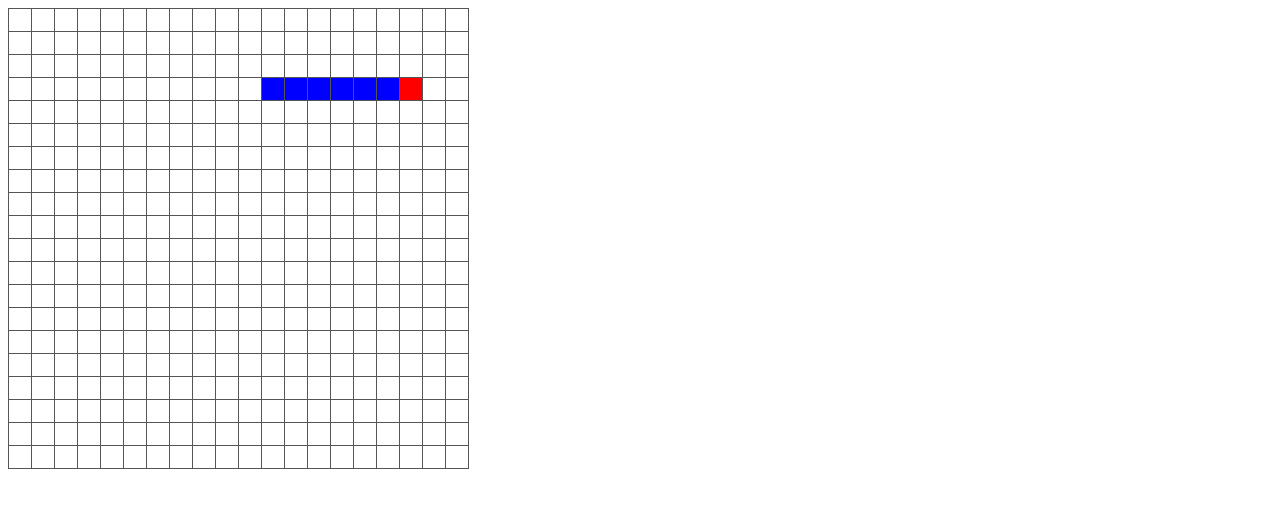
Repository: ycsheng/Games
Page: 01_snake/index.html
An editor plug-in stored every save of this project. The page is shown before and after the next save, followed by the edit.
The browser window is 1280 px wide. The pictures show the whole page.

Above is the page before, as saved 2021-09-18 16:17:57.

### 01_snake/index.html
<!DOCTYPE html>
<html lang="zh">
<head>
  <meta charset="UTF-8">
  <meta http-equiv="X-UA-Compatible" content="IE=edge">
  <meta name="viewport" content="width=device-width, initial-scale=1.0">
  <title>Document</title>
  <style>
    table {
      border-collapse: collapse;
      border: 1px solid #333
    }
    td {
      width: 20px;
      height: 20px;
      border: 1px solid #555;
    }
  </style>
</head>
<body>
  <div id="app"></div>
  <script src="./js/Game.js"></script>
  <script src="./js/Snake.js"></script>
  <script src="./js/Food.js"></script>
  <script>
    var game = new Game();
  </script>
</body>
</html>

### 01_snake/js/Game.js
/*
  1. 在构造函数中创建一个空对象
  2. 将执行上下文指向这个空对象
  3. 执行里面的所有函数
  4. 执行完成后，返回对象
*/
function Game() {
  // 创建表格
  this.row = 20;  // 行数
  this.col = 20;  //列数
  // 初始化节点
  this.init();
  // 实例化蛇类
  this.snake = new Snake();
  // 执行定时器任务
  this.start();
  // 键盘的事件监听
  this.bindEvent();
  // 食物位置
  this.food = new Food(this);

  // this.snake.render();
}
// 舞台设计
Game.prototype.init = function() {
  this.dom = document.createElement("table");
  var tr, td;
  // 遍历行和列上树
  for(var i = 0; i < this.row; i++) {
    // 遍历行，创建节点上树
    tr = document.createElement("tr");
    for(var j = 0; j < this.col; j++) {
      // 遍历列，创建节点上树
      td = document.createElement("td");
      tr.appendChild(td)
    }
    // 追加节点上树
    this.dom.appendChild(tr);
  }
  // 表格上树
  document.getElementById("app").appendChild(this.dom)
}

// 清屏方法
Game.prototype.clear = function() {
  // 遍历表格，擦除画布
  for(var i = 0; i < this.row; i++) {
    for(var j = 0; j < this.col; j++) {
      this.dom.getElementsByTagName("tr")[i].getElementsByTagName("td")[j].style.background = "white"
    }
  }
}

// 设置颜色的方法
Game.prototype.setColor = function(row, col, color) {
  // 让表格的第几行，第几列设置颜色的方法
  this.dom.getElementsByTagName("tr")[row].getElementsByTagName("td")[col].style.background = color;
}

// 设置键盘的事件监听
Game.prototype.bindEvent = function() {
  var self = this;
  // 键盘事件
  document.onkeydown = function(event) {
    console.log(event.keyCode);
    // 39 40 37 38
    switch(event.keyCode) {
      case 39:
        if(self.snake.direction == "L") return;
        // self.snake.direction = "R";
        self.snake.changeDirection("R");
        break;
      case 40:
        if(self.snake.direction == "T") return;
        // self.snake.direction = "D";
        self.snake.changeDirection("D");
        break;
      case 37:
        if(self.snake.direction == "R") return;
        // self.snake.direction = "L";
        self.snake.changeDirection("L");
        break;
      case 38:
        if(self.snake.direction == "D") return;
        // self.snake.direction = "T";
        self.snake.changeDirection("T");
        break;
    }
  }
}

// 定时器
Game.prototype.start = function() {
  this.timer = setInterval(function() {
    // 定时器里面的核心就是游戏的渲染本质，清屏-更新-渲染
    // 清除屏幕，解决蛇会边长但不运动
    game.clear();
    // 渲染蛇
    game.snake.render();
    // 蛇的运动
    game.snake.update();
  }, 500)
}

### 01_snake/js/Snake.js
function Snake() {
  // 蛇的初始化身体
  this.body  = [
    {"row": 3, "col": 8},
    {"row": 3, "col": 7},
    {"row": 3, "col": 6},
    {"row": 3, "col": 5},
    {"row": 3, "col": 4},
    {"row": 3, "col": 3},
    {"row": 3, "col": 2},
  ];
  // 信号量，设置的运动方向
  this.direction = "R";
  // 即将改变的方向，目的是为例防止出现原地掉头的情况
  this.willDirection = "R"
}

// 蛇的运动
Snake.prototype.update = function() {
  // 当前的direction接收一个willDirection
  this.direction = this.willDirection;

  // 头部
  // this.body.unshift({"row": this.body[0].row, "col": this.body[0].col + 1});
  // 蛇的不容方向的运动
  switch(this.direction) {
    case "R": // 右
      this.body.unshift({"row": this.body[0].row, "col": this.body[0].col + 1});
      break;
    case "D": // 下
      this.body.unshift({"row": this.body[0].row + 1, "col": this.body[0].col});
      break;
    case "L": // 左
      this.body.unshift({"row": this.body[0].row, "col": this.body[0].col - 1});
      break;
    case "T": // 上
      this.body.unshift({"row": this.body[0].row - 1, "col": this.body[0].col});
      break;
  }
  // 死亡的判定--越界
  if(this.body[0].row > game.row - 1 || this.body[0].col > game.col - 1 || this.body[0].row < 0 || this.body[0].col < 0) {
    alert("gameover");
    this.body.shift();
    clearInterval(game.timer);
  }
  // 蛇撞到了自己
  for(var i = 1; i < this.body.length; i++) {
    if(this.body[0].row == this.body[i].row && this.body[0].col == this.body[i].col) {
      alert("gameover");
      this.body.shift();
      clearInterval(game.timer);
    }
  }
  // 尾部减一
  this.body.pop();
}

// 蛇的方向改变，防止在一次渲染之前会出现掉头的情况
Snake.prototype.changeDirection = function(next) {
  this.willDirection = next;
}

/*
  Snake的render谁来调用？如果Snake自己的构造函数调用得不到game
  因为Game类还没有执行完四步走
  解决方案：定时器，异步
*/
Snake.prototype.render = function() {
  // 蛇头的渲染
  game.setColor(this.body[0].row, this.body[0].col, "red");
  // 蛇身体的渲染
  for(var i = 1; i < this.body.length; i++) {
    game.setColor(this.body[i].row, this.body[i].col, "blue")
  }
}

### 01_snake/js/Food.js
function Food() {
  // 食物的位置
  this.row = parseInt(Math.random() * Game.row);
  this.col = parseInt(Math.random() * Game.col);

}

Food.prototype.render = function() {

}

After the next save:
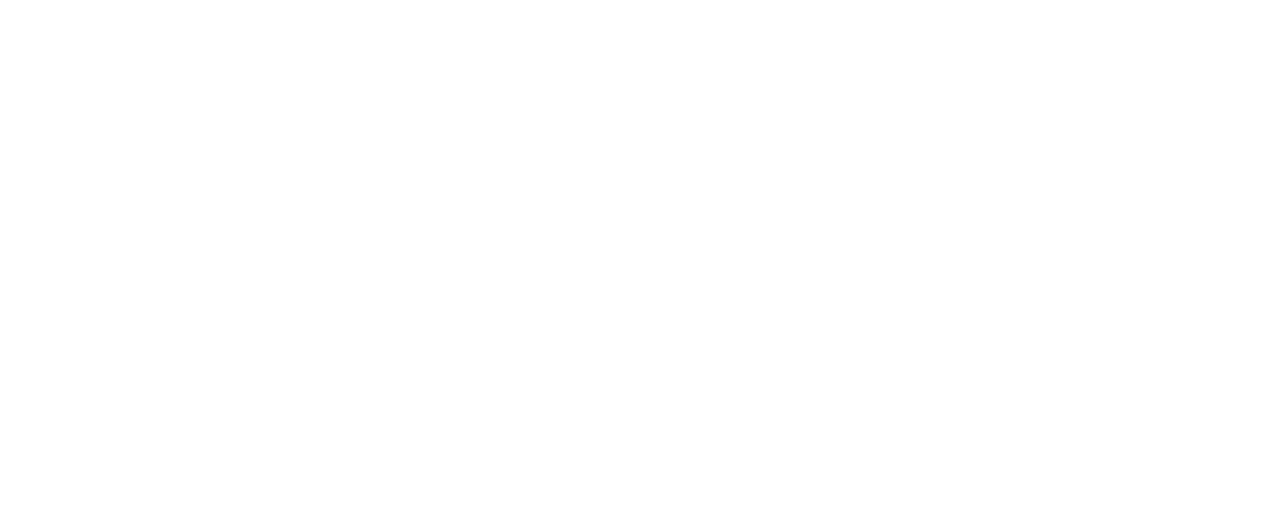
Console error: SyntaxError: Unexpected token '('
Saved 91 s later.
--- a/01_snake/js/Game.js
+++ b/01_snake/js/Game.js
@@ -57,6 +57,11 @@
   this.dom.getElementsByTagName("tr")[row].getElementsByTagName("td")[col].style.background = color;
 }
 
+// 渲染食物
+Game.prototype.render = function((row, col, color) {
+  this.dom.getElementsByTagName("tr")[row].getElementsByTagName("td")[col].style.background = color;
+}
+
 // 设置键盘的事件监听
 Game.prototype.bindEvent = function() {
   var self = this;

After the 3 saves that followed:
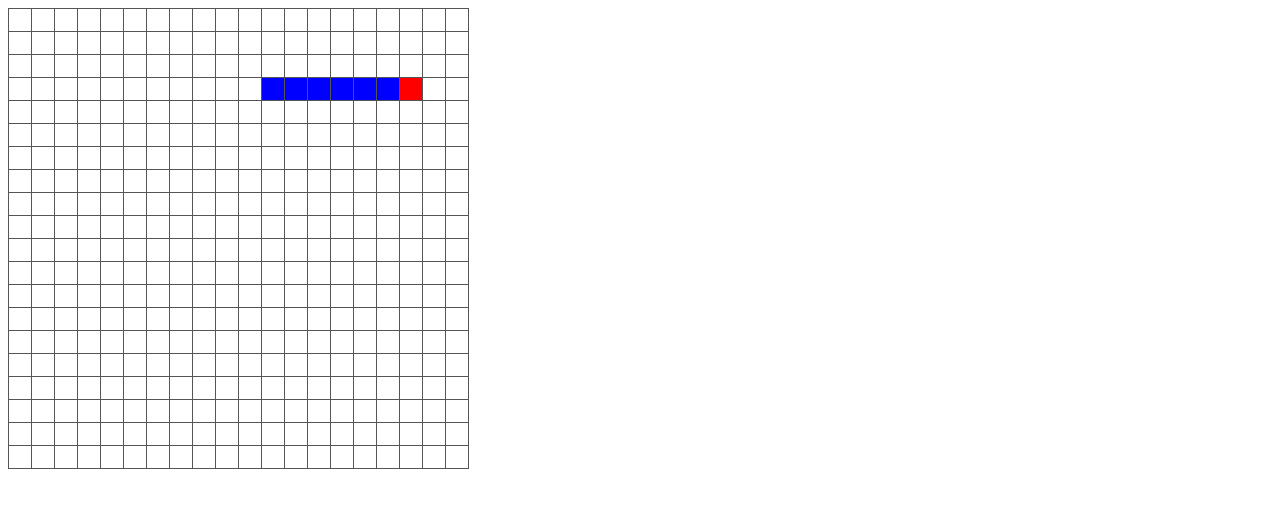
The error is gone.
The 3 saves are shown as one change because 2 left the picture as it was.
The last was saved 108 s later.
--- a/01_snake/js/Game.js
+++ b/01_snake/js/Game.js
@@ -58,8 +58,8 @@
 }
 
 // 渲染食物
-Game.prototype.render = function((row, col, color) {
-  this.dom.getElementsByTagName("tr")[row].getElementsByTagName("td")[col].style.background = color;
+Game.prototype.setHTML = function(row, col, html) {
+  this.dom.getElementsByTagName("tr")[row].getElementsByTagName("td")[col].innerHTML = html;
 }
 
 // 设置键盘的事件监听
